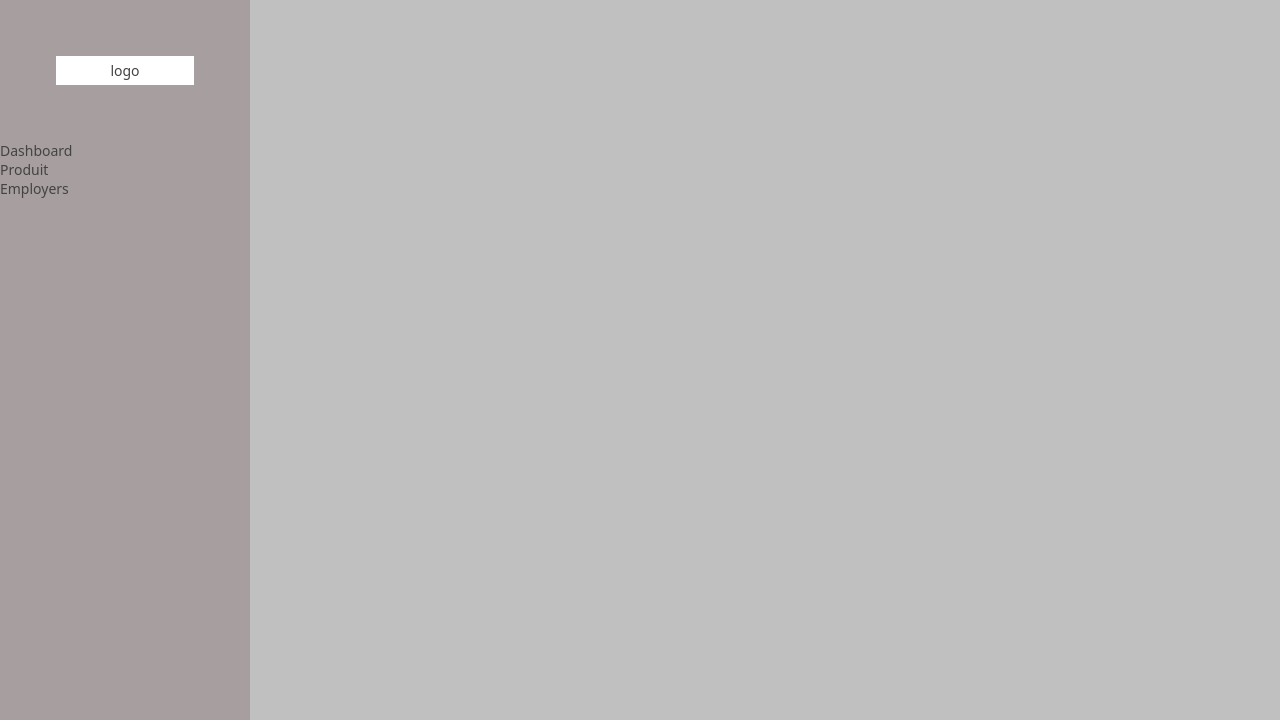
Repository: zpaulange/task_manager
Page: dashboard/index.html
An editor plug-in stored every save of this project. The page is shown before and after the next save, followed by the edit.
The browser window is 1280 px wide. The pictures show the whole page.

Above is the page before, as saved 2025-03-06 10:32:12.

After the next save:
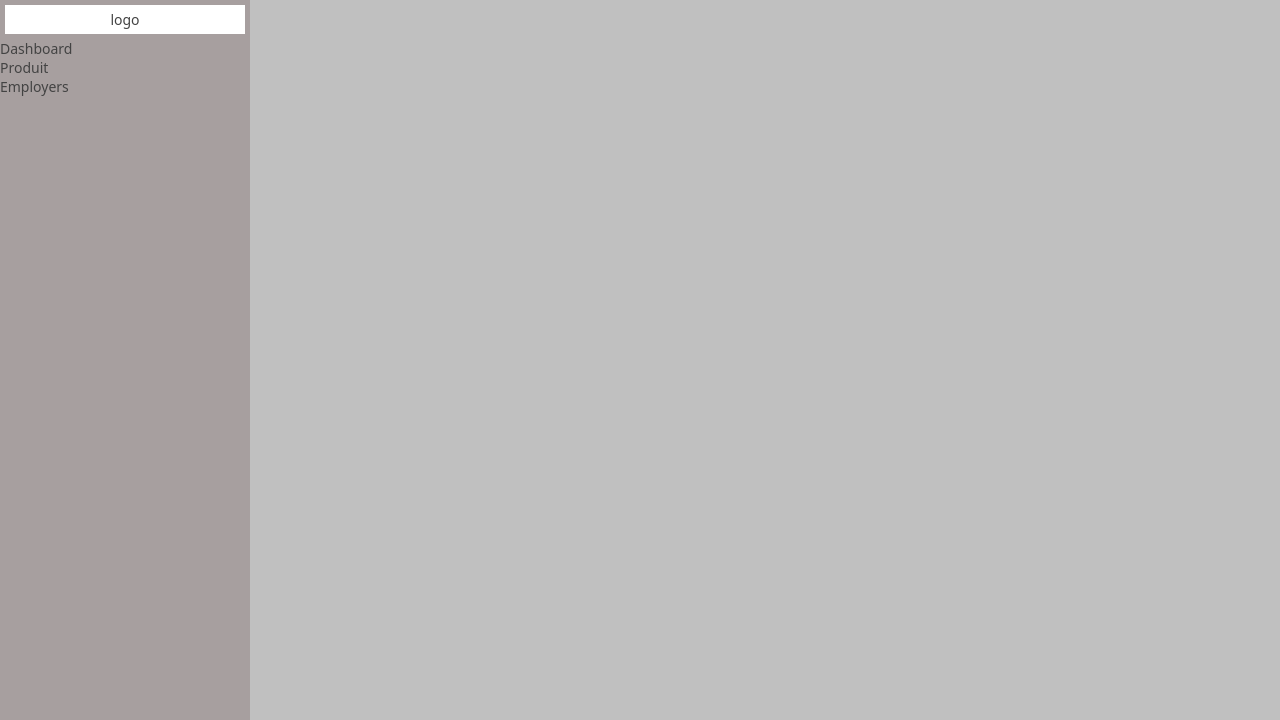
Saved 6 s later.
--- a/assets/styles/dashboard/style.css
+++ b/assets/styles/dashboard/style.css
@@ -41,7 +41,7 @@ ul li{
   text-align: center;
   padding:5px;
   background-color: #fff;
-  margin:56px
+  margin:5px
 }
 .dashboard_right{
   padding-left: 250px;
